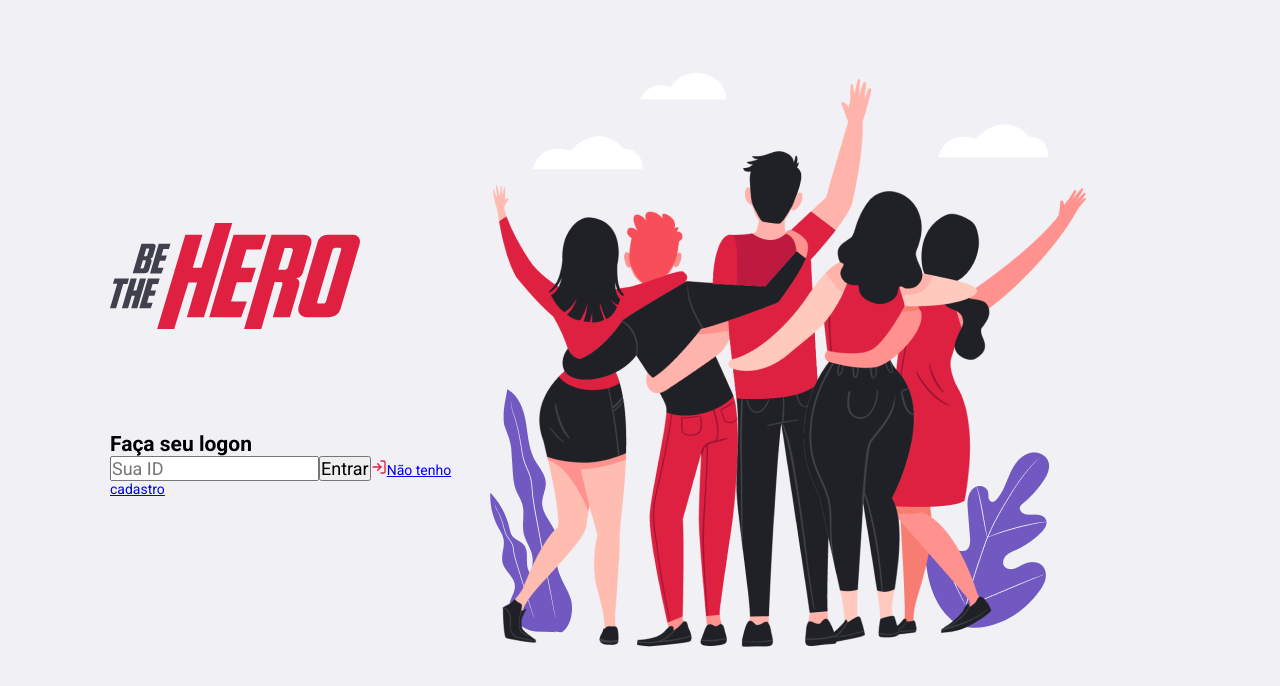
Repository: s7Thiago/semana-omnistack-11.0
Page: / (app in front-end/)
These files come from the project's save history. The page is drawn as it stood at one moment and after the next save; the edit follows.
The browser window is 1280 px wide. The pictures show the whole page.
The project was rebuilt for these pictures with package versions that can differ from the ones it lists, and the page was loaded fresh each time.

Above is the page before, as saved 2020-03-26 20:23:13.

### front-end/src/App.js
import React from 'react';
import './global.css';

import Logon from './pages/Logon';

function App() {

  return (
    <Logon />
  );
}

export default App;

### front-end/src/global.css
@import url('https://fonts.googleapis.com/css?family=Roboto:400,500,700&display=swap');

*{
    margin: 0;
    padding: 0;
    outline: 0;
    box-sizing: border-box; /*Faz com que o padding dos elementos seja anexado na sua largura e na sua altura*/
}

body{
    font: 400 14px Roboto, sans-serif;
    background: #f0f0f5;
    -webkit-font-smoothing: antialiased;
}

input, button, textarea {
    font: 400 18px Roboto, sans-serif;
}

button {
    cursor: pointer;
}

### front-end/src/pages/Logon/index.js
import React from 'react';
import { FiLogIn } from 'react-icons/fi'

import './styles.css'

import heroesImg from '../../assets/heroes.png';
import logoImg from '../../assets/logo.svg';

export default function Logon() {
    return (
        <div className="logon-container">
            <section className="form">
                {/* Logo */}
                <img src={logoImg} alt="Be the Hero" />

                {/* Formulário */}
                <form>
                    <h1>Faça seu logon</h1>
                    <input placeholder="Sua ID" />
                    <button type="submit">Entrar</button>

                    <a href="/register">
                        <FiLogIn size={16} color="#E02041" />
                        Não tenho cadastro</a>
                </form>

            </section>
            <img src={heroesImg} alt='Heroes' />
        </div>


    );
}

### front-end/src/pages/Logon/styles.css
.logon-container{
    width: 100%;
    max-width: 1120px;
    height: 100vh;
    margin: 0 auto;

    display: flex;
    align-items: center;
}

.logon-container section.form{
    width: 100%;
    max-width: 350px;
    margin: 30px;
}

.logon-container section.form form{
    margin-top: 100px;
}

Loaded but not shown: front-end/src/index.js (common file)

After the next save:
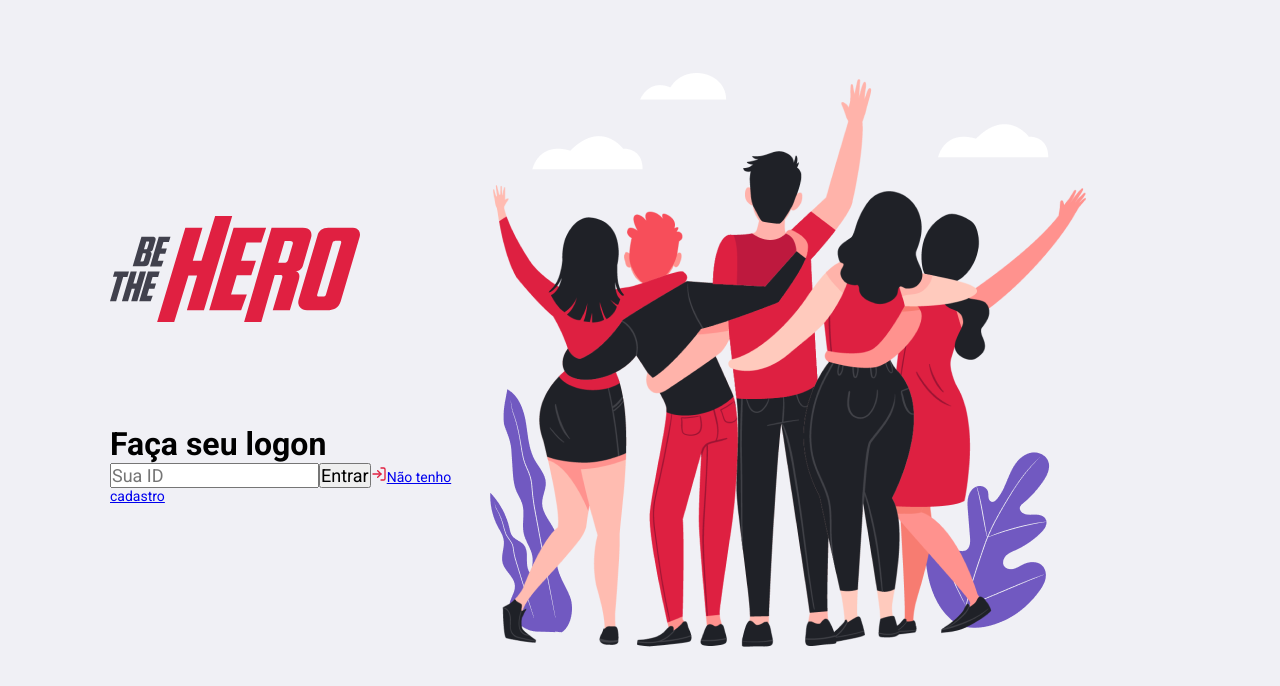
Saved 38 s later.
--- a/front-end/src/pages/Logon/styles.css
+++ b/front-end/src/pages/Logon/styles.css
@@ -17,3 +17,7 @@
 .logon-container section.form form{
     margin-top: 100px;
 }
+
+.logon-container section.form form h1 {
+    font-size: 32px;
+}
